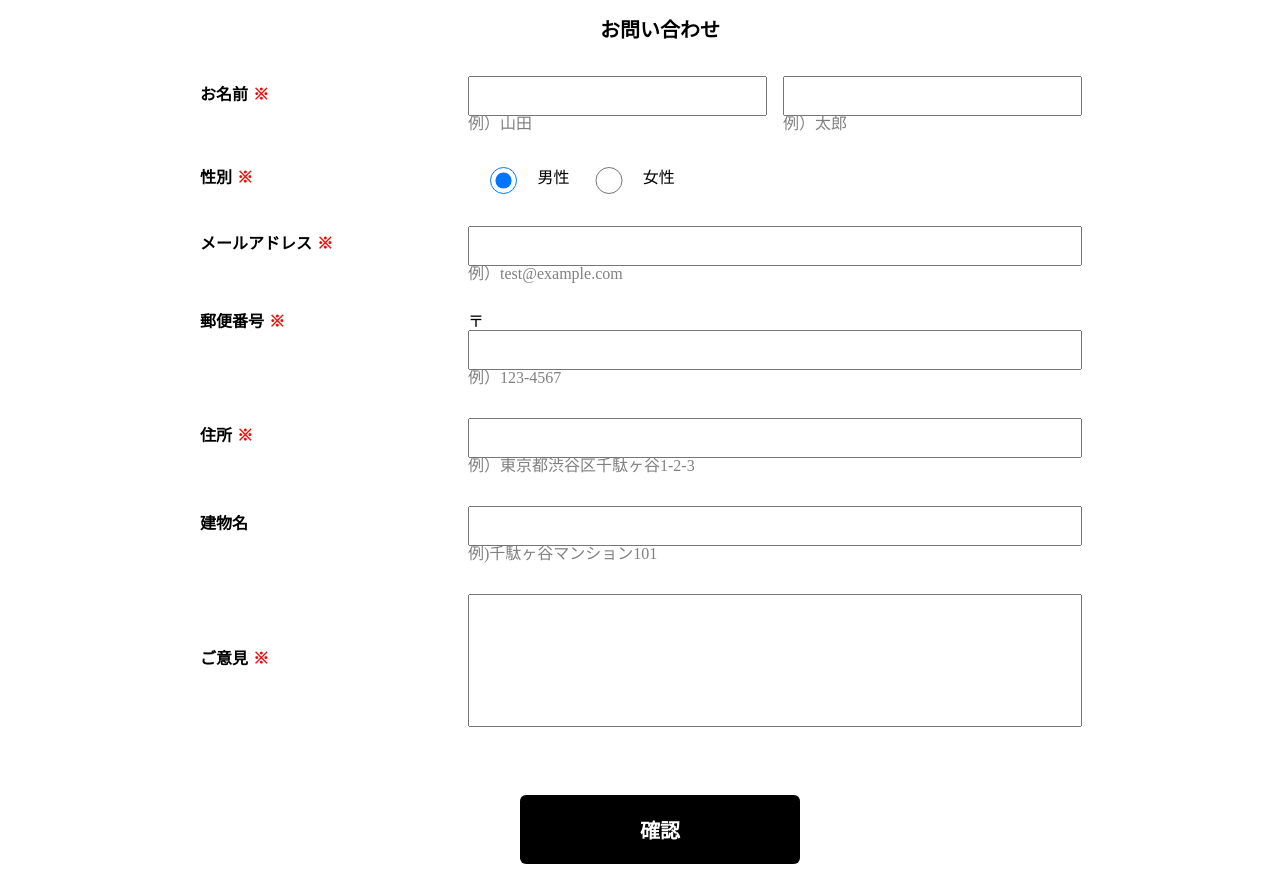
Repository: masanarimiura/20220723_miura_advance_test
Page: http://localhost/
These files come from the project's save history. The page is drawn as it stood at one moment and after the next save; the edit follows.
The browser window is 1280 px wide. The pictures show the whole page.
The page is served by the project's Laravel application, run on PHP 8.4 with Laravel 8. Other server files are loaded and not shown.

Above is the page before, as saved 2022-07-21 09:11:53.

### routes/web.php
<?php

use Illuminate\Support\Facades\Route;
use App\Http\Controllers\ContactController;


Route::get('/', [ContactController::class, 'index']);
Route::post('/', [ContactController::class, 'input']);
Route::get('/confirm', [ContactController::class, 'retype']);
Route::post('/confirm', [ContactController::class, 'store']);
Route::get('/thanks', [ContactController::class, 'thanks']);
Route::get('/manage', [ContactController::class, 'manage']);
Route::post('/manage', [ContactController::class, 'search']);

### app/Http/Controllers/ContactController.php
<?php

namespace App\Http\Controllers;

use Illuminate\Http\Request;
use App\Models\Contact;
use App\Http\Requests\ClientRequest;

class ContactController extends Controller
{
    public function index()
    {
        return view('index');
    }

    public function input(ClientRequest $request)
    {
        return view('confirm',$request);
    }

    public function retype(Request $request)
    {
        return redirect('/')->withInput();
    }

    public function store(Request $request)
    {
        // 登録処理
        return view('thanks');
    }

    public function thanks()
    {
        return view('thanks');
    }

    public function manage()
    {
        return view('manage');
    }



    // public function search(Request $request)
    // {
    //     $item = Contact::find($request->input);
    //     $param = [
    //         'item' => $item,
    //         'input' => $request->input
    //     ];
    //     return view('find', $param);
    // }
}

### resources/views/index.blade.php
<!DOCTYPE html>
<html lang="ja">

<head>
  <meta charset="UTF-8">
  <meta name="viewport" content="width=device-width, initial-scale=1.0">
  <meta http-equiv="X-UA-Compatible" content="ie=edge">
  <title>advance_test</title>
  <style>
    html, body, div, span, object, iframe,
h1, h2, h3, h4, h5, h6, p, blockquote, pre,
abbr, address, cite, code,
del, dfn, em, img, ins, kbd, q, samp,
small, strong, sub, sup, var,
b, i,
dl, dt, dd, ol, ul, li,
fieldset, form, label, legend,
table, caption, tbody, tfoot, thead, tr, th, td,
article, aside, canvas, details, figcaption, figure,
footer, header, hgroup, menu, nav, section, summary,
time, mark, audio, video {
    margin:0;
    padding:0;
    border:0;
    outline:0;
    font-size:100%;
    vertical-align:baseline;
    background:transparent;
}

body {
    line-height:1;
}

article,aside,details,figcaption,figure,
footer,header,hgroup,menu,nav,section {
    display:block;
}

nav ul {
    list-style:none;
}

blockquote, q {
    quotes:none;
}

blockquote:before, blockquote:after,
q:before, q:after {
    content:'';
    content:none;
}

a {
    margin:0;
    padding:0;
    font-size:100%;
    vertical-align:baseline;
    background:transparent;
}

/* change colours to suit your needs */
ins {
    background-color:#ff9;
    color:#000;
    text-decoration:none;
}

/* change colours to suit your needs */
mark {
    background-color:#ff9;
    color:#000;
    font-style:italic;
    font-weight:bold;
}

del {
    text-decoration: line-through;
}

abbr[title], dfn[title] {
    border-bottom:1px dotted;
    cursor:help;
}

table {
    border-collapse:collapse;
    border-spacing:0;
}

/* change border colour to suit your needs */
hr {
    display:block;
    height:1px;
    border:0;
    border-top:1px solid #cccccc;
    margin:1em 0;
    padding:0;
}

input, select {
    vertical-align:middle;
}
/* ここまでreset.css */
.box_con {
  max-width: 900px;
  margin: 0  auto;
}
.box_con h2 {
  text-align:center;
  padding: 20px;
  font-size:20px;
  width: 100%;
}
.box_con form {
  width: 100%;
}
.box_con form table {
  width: 100%;
}
.box_con form table tr th {
  width: 30%;
  font-weight: bold;
  text-align: left;
  padding-left: 10px;
}
.box_con form table tr th span {
  color: red;
  margin-left: 5px;
}
.box_con form table tr td {
  padding: 1em .5em;
}
.box_con form table tr input {
  width: 100%;
  height: 3em;
  padding: .5em;
  -moz-box-sizing: border-box;
  -webkit-box-sizing: border-box;
  box-sizing: border-box;
}
.box_con form table tr .check-box {
  width: 10%;
  height: 2em;
}
.box_con form table tr td .example {
  color:grey;
}
.box_con form table tr input {
  width: 100%;
  height: 3em;
  padding: .5em;
  -moz-box-sizing: border-box;
  -webkit-box-sizing: border-box;
  box-sizing: border-box;
}
.box_con form table tr .opinion-box-input{
  width: 100%;
  height: 10em;
  padding: .5em;
  -moz-box-sizing: border-box;
  -webkit-box-sizing: border-box;
  box-sizing: border-box;
  overflow-wrap: break-word;
}
.submit-box {
  text-align:center;
  padding: 20px;
  font-size:20px;
  width: 100%;
}
.submit-btn{
  border-radius: 6px;
  margin: 32px auto 0;
  padding-top: 20px;
  padding-bottom: 20px;
  width: 280px;
  display: block;
  background: black;
  color: #fff;
  font-weight: bold;
  font-size: 20px;
  border: none;
  cursor: pointer;
}
  </style>
</head>

<body>
  <div class="box_con">
    <h2>お問い合わせ</h2>
    <form action="/" method="POST" >
      <table>
        @csrf
        <tr>
          <th>お名前<span >※</span></th>
          <td>
            <input type="text" name="last_name" value="{{ old('last_name') }}">
            <p class="example">例）山田</p>
          </td>
          <td>
            <input type="text" name="first_name" value="{{ old('first_name') }}">
            <p class="example">例）太郎</p>
          </td>
        </tr>
        <tr>
          <th>性別<span >※</span></th>
          <td colspan="2">
            <input type="radio" name="gender" value="男性" checked class="check-box">男性
            <input type="radio" name="gender" value="女性" class="check-box">女性
          </td>
        </tr>
        <tr>
          <th>メールアドレス<span >※</span></th>
          <td colspan="2">
            <input type="email" name="email" value="{{ old('email') }}">
            <p class="example">例）test@example.com</p>
          </td>
        </tr>
        <tr>
          <th>郵便番号<span>※</span></th>
          <td colspan="2" class="postcode-box">
            <div>
              <span>〒</span><input type="text" name="postcode" value="{{ old('postcode') }}" class="postcode-box-input">
            </div>
            <p class="example">例）123-4567</p>
          </td>
        </tr>
        <tr>
          <th>住所<span >※</span></th>
          <td colspan="2">
            <input type="text" name="address" value="{{ old('address') }}">
            <p class="example">例）東京都渋谷区千駄ヶ谷1-2-3</p>
          </td>
        </tr>
        <tr>
          <th>建物名</th>
          <td colspan="2">
            <input type="text" name="building_name" value="{{ old('building_name') }}">
            <p class="example">例)千駄ヶ谷マンション101</p>
          </td>
        </tr>
        <tr>
          <th>ご意見<span >※</span></th>
          <td colspan="2">
            <input type="text" name="opinion" value="{{ old('opinion') }}" class="opinion-box-input">
          </td>
        </tr>
      </table>
      <div class="submit-box">
        <input type="submit" value="確認" class="submit-btn">
      </div>
    </form>
  </div>
</body>
</html>

<script>

</script>

Loaded but not shown: app/Providers/AppServiceProvider.php (common file); app/Http/Controllers/Controller.php (common file)

After the next save:
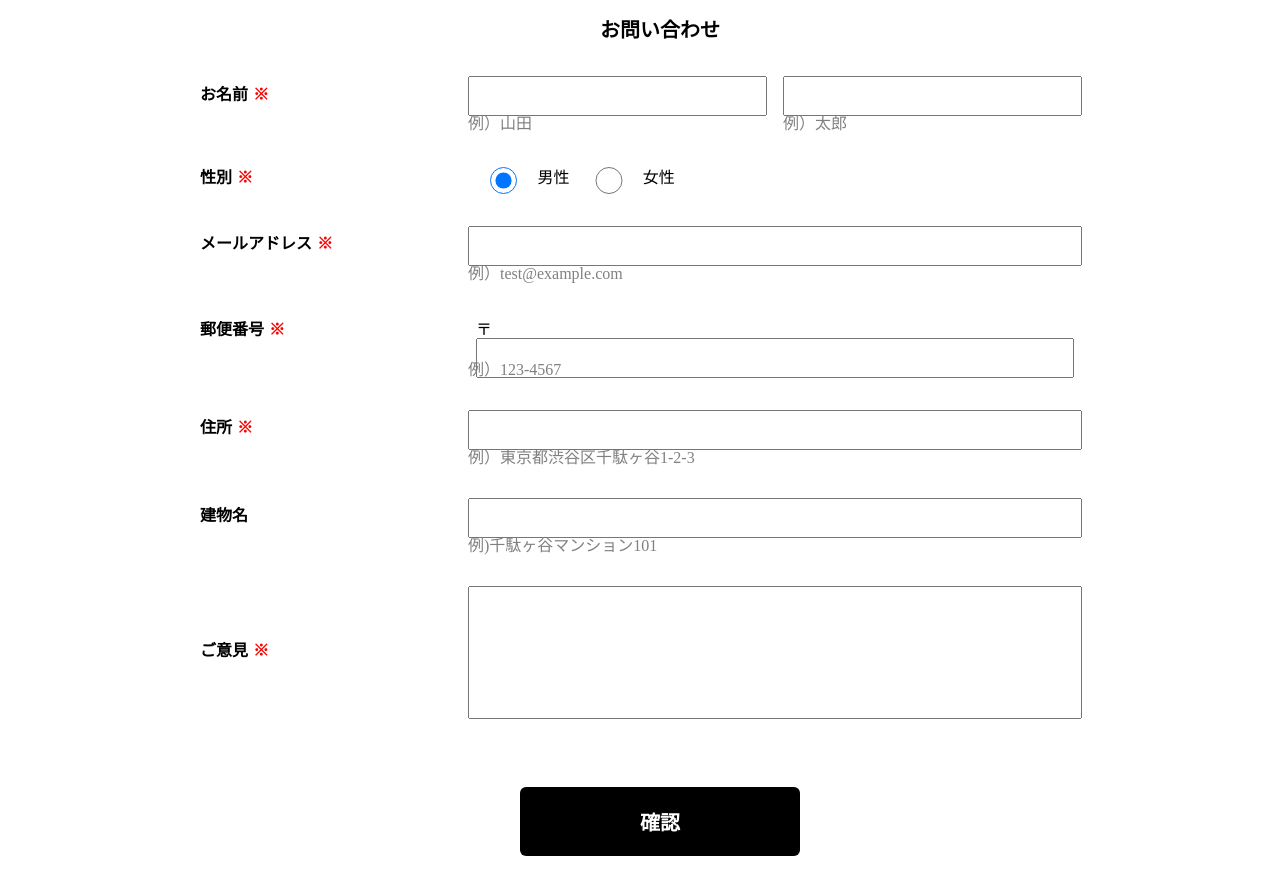
Saved 38 s later.
--- a/resources/views/index.blade.php
+++ b/resources/views/index.blade.php
@@ -146,7 +146,7 @@ input, select {
 .box_con form table tr td .example {
   color:grey;
 }
-.box_con form table tr input {
+.box_con form table tr div {
   width: 100%;
   height: 3em;
   padding: .5em;
